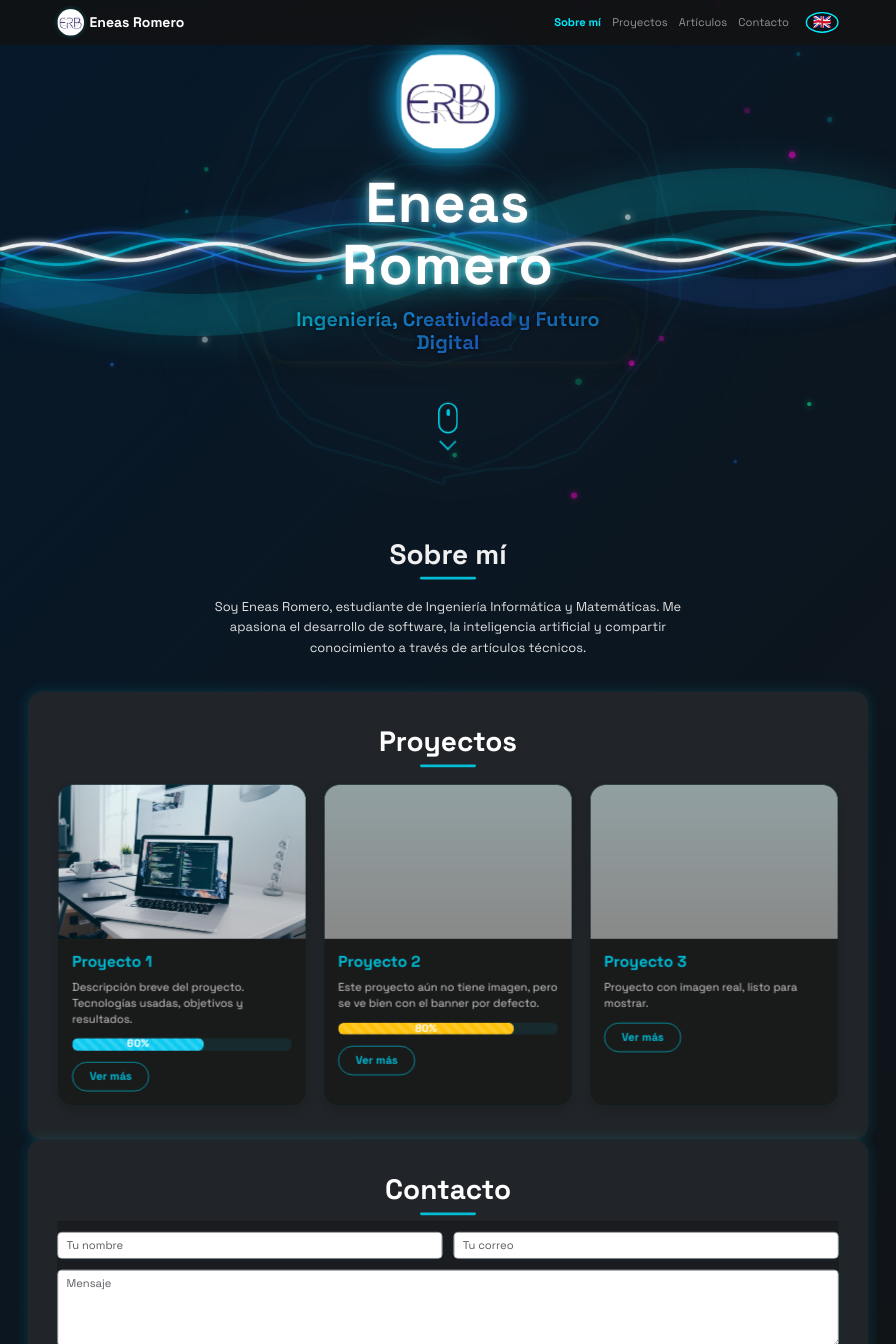
Repository: enerombar/enerombar.github.io
Page: index.html
These files come from the project's save history. The page is drawn as it stood at one moment and after the next save; the edit follows.
The browser window is 1280 px wide. The pictures show the part of the page from y = 0 to 1920 px (the page is 2689 px tall before and 2161 px after), at 70% of full size.
Pictures or frames that could not be fetched are drawn as grey boxes. Some web libraries are served in a nearby version.

Above is the page before, as saved 2025-06-27 01:16:45.

### index.html
<!DOCTYPE html>
<html lang="es">
<head>
  <meta charset="UTF-8" />
  <meta name="viewport" content="width=device-width, initial-scale=1" />
  <title>Eneas Romero - Portfolio</title>

  <!-- Google Fonts -->
  <link href="https://fonts.googleapis.com/css2?family=Space+Grotesk:wght@400;700&display=swap" rel="stylesheet" />

  <!-- Bootstrap -->
  <link href="https://cdn.jsdelivr.net/npm/bootstrap@5.3.0/dist/css/bootstrap.min.css" rel="stylesheet" />

<!-- AOS Animations -->
<link href="https://cdn.jsdelivr.net/npm/aos@2.3.4/dist/aos.css" rel="stylesheet" />


  <!-- FontAwesome Icons -->
  <script src="https://kit.fontawesome.com/2dd1da6546.js" crossorigin="anonymous"></script>

  <!-- Custom CSS -->
  <link href="styles.css" rel="stylesheet" />
  <!-- Elimina Particles.js -->
  <!-- <script src="https://cdn.jsdelivr.net/npm/particles.js@2.0.0/particles.min.js"></script> -->
</head>
<body>
  <!-- Pantalla de carga -->
  <div id="loading-screen">
    <div class="spinner"></div>
  </div>
  <!-- Fondo animado canvas -->
  <canvas id="background-canvas"></canvas>
  <!-- NAVBAR -->
  <nav class="navbar navbar-expand-lg navbar-dark bg-dark fixed-top shadow-sm" style="backdrop-filter: blur(8px); background:rgba(18,18,18,0.85)!important;">
    <div class="container">
      <a class="navbar-brand fw-bold d-flex align-items-center gap-2" href="index.html">
        <img src="img/logo.png" alt="Logo" style="height:38px;width:38px;border-radius:50%;background:#fff;padding:3px;box-shadow:0 0 8px #00eaff44;">
        Eneas Romero
      </a>
      <button class="navbar-toggler" type="button" data-bs-toggle="collapse" data-bs-target="#navbarNav"
        aria-controls="navbarNav" aria-expanded="false" aria-label="Toggle navigation">
        <span class="navbar-toggler-icon"></span>
      </button>

      <div class="collapse navbar-collapse justify-content-end" id="navbarNav">
        <ul class="navbar-nav align-items-center">
          <li class="nav-item">
            <a class="nav-link active" href="#hero" data-key="navAbout">Sobre mí</a>
          </li>
          <li class="nav-item">
            <a class="nav-link" href="proyectos.html" data-key="navProjectsPage">Proyectos</a>
          </li>
          <li class="nav-item">
            <a class="nav-link" href="articulos.html" data-key="navArticles">Artículos</a>
          </li>
          <li class="nav-item">
            <a class="nav-link" href="#contact" data-key="navContact">Contacto</a>
          </li>
          <li class="nav-item ms-3">
            <button id="langToggle" class="btn btn-flag" aria-label="Cambiar idioma" style="font-size:1.35rem;">🇬🇧</button>
          </li>
        </ul>
      </div>
    </div>
  </nav>

  <!-- HERO -->
  <header id="hero" class="hero text-white d-flex align-items-center justify-content-center text-center" data-aos="fade-down"
    data-aos-duration="1500" data-aos-easing="ease-in-out" style="position:relative;z-index:1;">
    <div class="w-100 d-flex flex-column align-items-center">
      <!-- Logo centrado arriba -->
      <div class="hero-logo-wrapper">
        <img id="hero-logo" src="img/logo.png" alt="Logo Eneas Romero" style="height:130px;width:130px;max-width:130px;">
      </div>
      <!-- Título y subtítulo en recuadro -->
      <div class="hero-content-glass">
        <div class="hero-text-wrapper text-center">
          <h1 class="display-2 fw-bold hero-title" data-key="heroName">
            Eneas Romero
          </h1>
          <p class="lead hero-subtitle mb-2 text-gradient" data-key="heroSubtitle">
            Ingeniería, Creatividad y Futuro Digital
          </p>
        </div>
      </div>
      <!-- Indicador scroll animado fuera del recuadro -->
      <div class="scroll-indicator mt-4" aria-label="Desplazar hacia abajo">
        <button id="scroll-down-btn" class="scroll-mouse-btn" aria-label="Bajar a la siguiente sección">
          <span class="scroll-mouse">
            <span class="scroll-wheel"></span>
          </span>
          <span class="scroll-arrow"></span>
        </button>
      </div>
    </div>
  </header>

  <!-- SOBRE MÍ -->
  <section id="about" class="py-5" data-aos="fade-right" data-aos-duration="1200" data-aos-delay="200" style="position:relative;z-index:1;">
    <div class="container">
      <h2 class="mb-4 section-title" data-key="aboutTitle">Sobre mí</h2>
      <p class="section-text" data-key="aboutText">
        Soy Eneas Romero, estudiante de Ingeniería Informática y Matemáticas. Me apasiona el desarrollo de software,
        la inteligencia artificial y compartir conocimiento a través de artículos técnicos.
      </p>
    </div>
  </section>

  <!-- PROYECTOS -->
  <section id="projects" class="py-5 bg-dark text-white" style="position:relative;z-index:1;">
    <div class="container" data-aos="zoom-in" data-aos-duration="1500" data-aos-delay="300">
      <h2 class="mb-4 section-title" data-key="projectsTitle">Proyectos</h2>
      <div class="row g-4">

        <div class="col-md-4" data-aos="flip-left" data-aos-duration="1000" data-aos-delay="400">
          <div class="card h-100 shadow project-card elegant-card">
            <div class="project-img-wrapper">
              <img src="img/proyecto1.jpg" onerror="this.onerror=null;this.src='img/banner_default.png';"
                class="card-img-top" alt="Proyecto 1" />
              <div class="project-img-overlay"></div>
            </div>
            <div class="card-body">
              <h5 class="card-title" data-key="project1Title">Proyecto 1</h5>
              <p class="card-text" data-key="project1Desc">Descripción breve del proyecto. Tecnologías usadas, objetivos y resultados.</p>
              <!-- Barra de progreso -->
              <div class="progress mb-3 project-progress">
                <div class="progress-bar progress-bar-striped progress-bar-animated bg-info" role="progressbar" style="width: 60%;" aria-valuenow="60" aria-valuemin="0" aria-valuemax="100">60%</div>
              </div>
              <a href="#" class="btn btn-outline-primary project-btn" data-key="btnViewMore">Ver más</a>
            </div>
          </div>
        </div>

        <div class="col-md-4" data-aos="flip-left" data-aos-duration="1000" data-aos-delay="600">
          <div class="card h-100 shadow project-card elegant-card">
            <div class="project-img-wrapper">
              <img src="img/proyecto2.jpg" onerror="this.onerror=null;this.src='img/banner_default.png';"
                class="card-img-top" alt="Proyecto 2" />
              <div class="project-img-overlay"></div>
            </div>
            <div class="card-body">
              <h5 class="card-title" data-key="project2Title">Proyecto 2</h5>
              <p class="card-text" data-key="project2Desc">Este proyecto aún no tiene imagen, pero se ve bien con el banner por defecto.</p>
              <!-- Barra de progreso -->
              <div class="progress mb-3 project-progress">
                <div class="progress-bar progress-bar-striped progress-bar-animated bg-warning" role="progressbar" style="width: 80%;" aria-valuenow="80" aria-valuemin="0" aria-valuemax="100">80%</div>
              </div>
              <a href="#" class="btn btn-outline-primary project-btn" data-key="btnViewMore">Ver más</a>
            </div>
          </div>
        </div>

        <div class="col-md-4" data-aos="flip-left" data-aos-duration="1000" data-aos-delay="800">
          <div class="card h-100 shadow project-card elegant-card">
            <div class="project-img-wrapper">
              <img src="img/proyecto3.jpg" onerror="this.onerror=null;this.src='img/banner_default.png';"
                class="card-img-top" alt="Proyecto 3" />
              <div class="project-img-overlay"></div>
            </div>
            <div class="card-body">
              <h5 class="card-title" data-key="project3Title">Proyecto 3</h5>
              <p class="card-text" data-key="project3Desc">Proyecto con imagen real, listo para mostrar.</p>
              <a href="#" class="btn btn-outline-primary project-btn" data-key="btnViewMore">Ver más</a>
            </div>
          </div>
        </div>

      </div>
    </div>
  </section>

  <!-- CONTACTO -->
  <section id="contact" class="py-5 bg-dark text-white" data-aos="fade-up" data-aos-duration="1200" data-aos-delay="200" style="position:relative;z-index:1;">
    <div class="container">
      <h2 class="mb-4 section-title" data-key="contactTitle">Contacto</h2>
      <form class="contact-form-glass">
        <div class="row g-3">
          <div class="col-md-6">
            <input type="text" class="form-control" placeholder="Tu nombre" data-key-placeholder="formName" required />
          </div>
          <div class="col-md-6">
            <input type="email" class="form-control" placeholder="Tu correo" data-key-placeholder="formEmail" required />
          </div>
        </div>
        <div class="mb-3 mt-3">
          <textarea class="form-control" rows="4" placeholder="Mensaje" data-key-placeholder="formMessage" required></textarea>
        </div>
        <div class="d-flex justify-content-center">
          <button type="submit" class="btn btn-primary contact-btn" data-key="btnSend">Enviar</button>
        </div>
      </form>
    </div>
  </section>

  <!-- FOOTER -->
  <footer class="footer-glass text-center py-4 mt-5">
    <div class="container">
      <span class="text-muted">&copy; 2024 Eneas Romero. Todos los derechos reservados.</span>
    </div>
  </footer>

  <!-- Scripts Bootstrap y AOS -->
  <script src="https://cdn.jsdelivr.net/npm/bootstrap@5.3.0/dist/js/bootstrap.bundle.min.js"></script>
  <script src="https://cdn.jsdelivr.net/npm/aos@2.3.4/dist/aos.js"></script>
  <script src="scripts.js"></script>
  <script>
    // Ocultar pantalla de carga al cargar la página
    window.addEventListener('load', function() {
      setTimeout(() => {
        document.getElementById('loading-screen').classList.add('hide');
      }, 200);
    });

    AOS.init({
      once: true,
      mirror: false,
    });

    // Scroll al hacer click en el indicador
    document.addEventListener('DOMContentLoaded', function() {
      const scrollBtn = document.getElementById('scroll-down-btn');
      if (scrollBtn) {
        scrollBtn.addEventListener('click', function(e) {
          e.preventDefault();
          // Busca la siguiente sección después del hero
          const nextSection = document.querySelector('section');
          if (nextSection) {
            nextSection.scrollIntoView({ behavior: 'smooth' });
          }
        });
      }
    });

    // Siempre empieza arriba al recargar el index
    document.addEventListener('DOMContentLoaded', function() {
      if (window.location.hash) {
        window.scrollTo(0, 0);
        history.replaceState(null, null, window.location.pathname);
      } else {
        window.scrollTo(0, 0);
      }
    });
  </script>
</body>
</html>
      en: {
        navAbout: "About me",
        navProjects: "Projects",
        navContact: "Contact",
        heroName: "Eneas Romero",
        heroSubtitle: "Engineering, Creativity, and Digital Future",
        btnViewProjects: "View projects",
        aboutTitle: "About me",
        aboutText: "I am Eneas Romero, a student of Computer Engineering and Mathematics. I am passionate about software development, artificial intelligence, and sharing knowledge through technical articles.",
        projectsTitle: "Projects",
        project1Title: "Project 1",
        project1Desc: "Brief description of the project. Technologies used, objectives, and results.",
        project2Title: "Project 2",
        project2Desc: "This project doesn't have an image yet, but it looks good with the default banner.",
        project3Title: "Project 3",
        project3Desc: "Project with real image, ready to show.",
        btnViewMore: "View more",
        contactTitle: "Contact",
        formName: "Your name",
        formEmail: "Your email",
        formMessage: "Message",
        btnSend: "Send"
      },
      es: {
        navAbout: "Sobre mí",
        navProjects: "Proyectos",
        navContact: "Contacto",
        heroName: "Eneas Romero",
        heroSubtitle: "Ingeniería, Creatividad y Futuro Digital",
        btnViewProjects: "Ver proyectos",
        aboutTitle: "Sobre mí",
        aboutText: "Soy Eneas Romero, estudiante de Ingeniería Informática y Matemáticas. Me apasiona el desarrollo de software, la inteligencia artificial y compartir conocimiento a través de artículos técnicos.",
        projectsTitle: "Proyectos",
        project1Title: "Proyecto 1",
        project1Desc: "Descripción breve del proyecto. Tecnologías usadas, objetivos y resultados.",
        project2Title: "Proyecto 2",
        project2Desc: "Este proyecto aún no tiene imagen, pero se ve bien con el banner por defecto.",
        project3Title: "Proyecto 3",
        project3Desc: "Proyecto con imagen real, listo para mostrar.",
        btnViewMore: "Ver más",
        contactTitle: "Contacto",
        formName: "Tu nombre",
        formEmail: "Tu correo",
        formMessage: "Mensaje",
        btnSend: "Enviar"
      }
    };

    let currentLang = 'es';

    const switchLanguage = () => {
      currentLang = currentLang === 'es' ? 'en' : 'es';
      document.getElementById('langToggle').textContent = currentLang === 'en' ? '🇪🇸' : '🇬🇧';

      // Cambiar textos con data-key
      document.querySelectorAll('[data-key]').forEach(el => {
        const key = el.getAttribute('data-key');
        if (translations[currentLang] && translations[currentLang][key]) {
          el.textContent = translations[currentLang][key];
        }
      });

      // Cambiar placeholders con data-key-placeholder
      document.querySelectorAll('[data-key-placeholder]').forEach(el => {
        const key = el.getAttribute('data-key-placeholder');
        if (translations[currentLang] && translations[currentLang][key]) {
          el.setAttribute('placeholder', translations[currentLang][key]);
        }
      });
    };

    document.getElementById('langToggle').addEventListener('click', switchLanguage);

    // Scroll al hacer click en el indicador
    document.addEventListener('DOMContentLoaded', function() {
      const scrollBtn = document.getElementById('scroll-down-btn');
      if (scrollBtn) {
        scrollBtn.addEventListener('click', function(e) {
          e.preventDefault();
          // Busca la siguiente sección después del hero
          const nextSection = document.querySelector('section');
          if (nextSection) {
            nextSection.scrollIntoView({ behavior: 'smooth' });
          }
        });
      }
    });

    // Siempre empieza arriba al recargar el index
    document.addEventListener('DOMContentLoaded', function() {
      if (window.location.hash) {
        window.scrollTo(0, 0);
        history.replaceState(null, null, window.location.pathname);
      } else {
        window.scrollTo(0, 0);
      }
    });
  </script>
</body>
</html>

Loaded but not shown: scripts.js (288 lines, source omitted); styles.css (612 lines, source omitted)

After the next save:
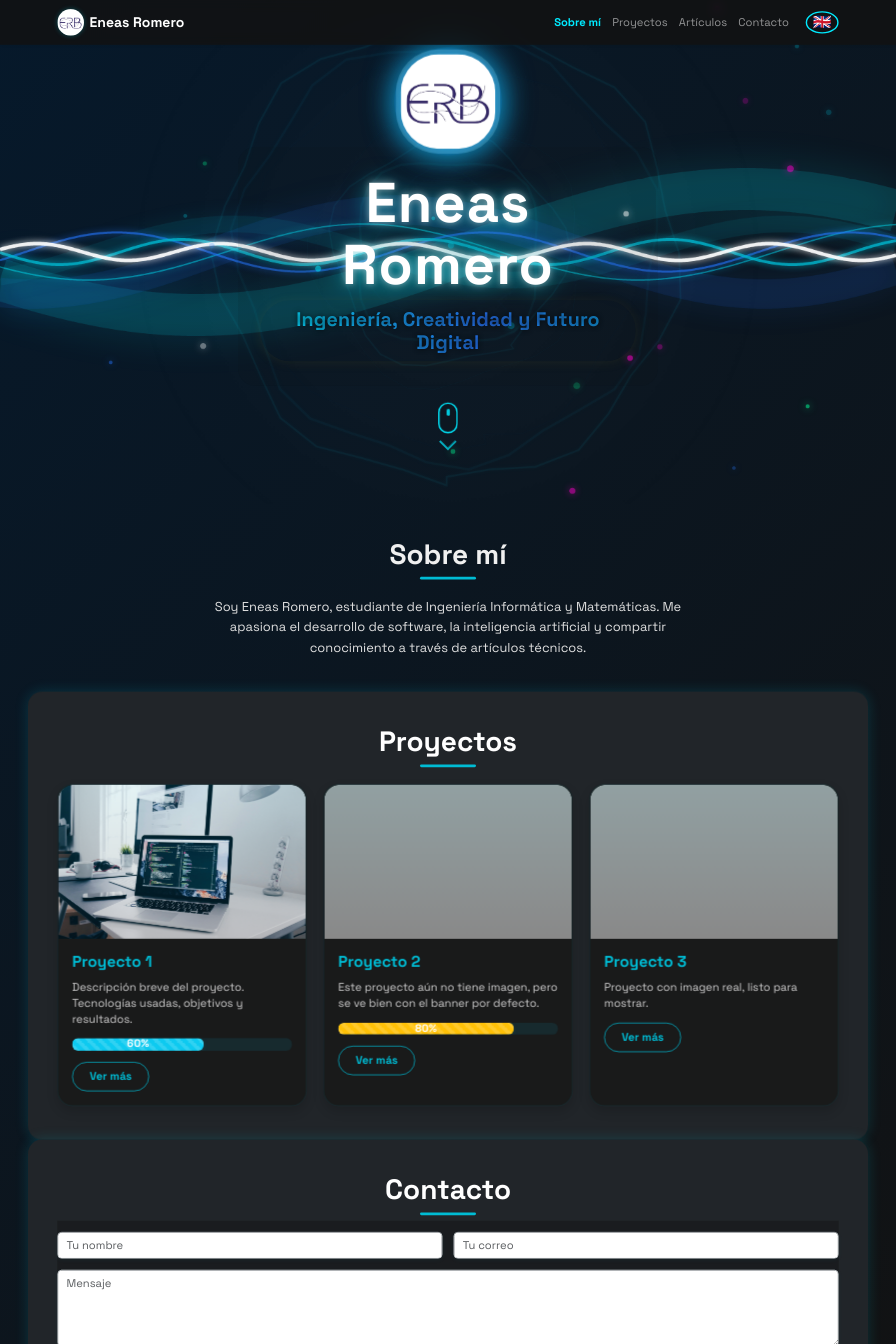
Console error: SyntaxError: Identifier 'translations' has already been declared
Not found: img/flag-gb.png
Saved 4 min 47 s later.
--- a/index.html
+++ b/index.html
@@ -57,7 +57,9 @@
             <a class="nav-link" href="#contact" data-key="navContact">Contacto</a>
           </li>
           <li class="nav-item ms-3">
-            <button id="langToggle" class="btn btn-flag" aria-label="Cambiar idioma" style="font-size:1.35rem;">🇬🇧</button>
+            <button id="langToggle" class="btn btn-flag" aria-label="Cambiar idioma" style="font-size:1.35rem;padding:0.2rem 0.5rem;">
+              <img id="langFlag" src="img/flag-gb.png" alt="Cambiar idioma" style="height:24px;width:32px;object-fit:cover;">
+            </button>
           </li>
         </ul>
       </div>
@@ -240,9 +242,9 @@
         window.scrollTo(0, 0);
       }
     });
-  </script>
-</body>
-</html>
+
+    // Traducciones y lógica de idioma
+    const translations = {
       en: {
         navAbout: "About me",
         navProjects: "Projects",
@@ -295,7 +297,8 @@
 
     const switchLanguage = () => {
       currentLang = currentLang === 'es' ? 'en' : 'es';
-      document.getElementById('langToggle').textContent = currentLang === 'en' ? '🇪🇸' : '🇬🇧';
+      // Cambia la bandera
+      document.getElementById('langFlag').src = currentLang === 'en' ? 'img/flag-es.png' : 'img/flag-gb.png';
 
       // Cambiar textos con data-key
       document.querySelectorAll('[data-key]').forEach(el => {
@@ -315,6 +318,11 @@
     };
 
     document.getElementById('langToggle').addEventListener('click', switchLanguage);
+
+    // Al cargar la página, asegúrate de que la bandera sea la correcta
+    document.addEventListener('DOMContentLoaded', function() {
+      document.getElementById('langFlag').src = currentLang === 'en' ? 'img/flag-es.png' : 'img/flag-gb.png';
+    });
 
     // Scroll al hacer click en el indicador
     document.addEventListener('DOMContentLoaded', function() {
